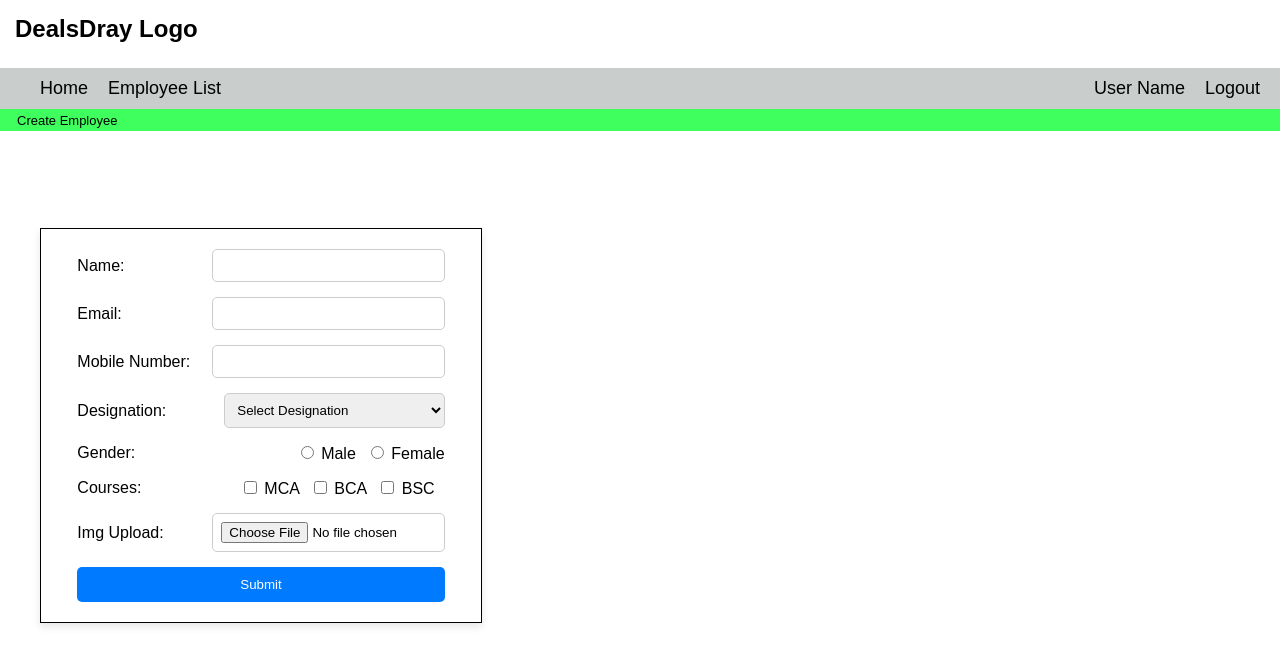
Repository: Mahanandapadavale123/dealsdray
Page: /employees/create (app in frontend/)
These files come from the project's save history. The page is drawn as it stood at one moment and after the next save; the edit follows.
The browser window is 1280 px wide. The pictures show the whole page.
The page's requests for data from a server got no answer. The project was rebuilt for these pictures with package versions that can differ from the ones it lists, and the page was loaded fresh each time. No one was signed in, and anything a server would have sent is missing. Also part of the build but not shown: frontend/src/css/login.module.css, frontend/src/views/login.jsx, frontend/src/css/employee.css, frontend/src/views/EmployeeList.jsx, frontend/src/views/dashboard.jsx.

Above is the page before, as saved 2024-09-19 21:02:49.

### frontend/src/App.js
import React, { useState, useEffect } from "react";
import { BrowserRouter as Router, Routes, Route, Navigate } from "react-router-dom";
import axios from "axios";
import Login from "./views/login";
import EmployeeList from "./views/EmployeeList";
import CreateEmployee from "./views/create.jsx";
import Dashboard from "./views/dashboard.jsx";


function App() {
  const [isLoggedIn, setIsLoggedIn] = useState(false);

  useEffect(() => {
    const checkAuthentication = async () => {
      try {
        const response = await axios.get("http://127.0.0.1:8000/api/v1/users/isAuthenticated", {
          withCredentials: true,  // Ensure cookies are sent with the request
        });
        if (response.data.isAuthenticated) {
          setIsLoggedIn(true);
        } else {
          setIsLoggedIn(false);
        }
      } catch (error) {
        console.log("Error checking authentication:", error);
        setIsLoggedIn(false);  // If error occurs, assume user is not logged in
      }
    };
    checkAuthentication();
  }, []);

  return (
    <Router>
      <Routes>
        <Route
          path="/dashboard"
          element={<Dashboard /> }
        />
         <Route path="/employees" element={<EmployeeList />} />
         <Route path="/employees/create" element={<CreateEmployee />} />

        {/* <Route
          path="/dashboard"
          element={isLoggedIn ? <Dashboard /> : <Navigate to="/login" />}
        />

        <Route path="/login" element={<Login setIsLoggedIn={setIsLoggedIn} />} />

        <Route path="/" element={<Navigate to={isLoggedIn ? "/dashboard" : "/login"} />} /> */}
      </Routes>
    </Router>
  );
}

export default App;

### frontend/src/views/create.jsx
import React, { useState } from "react";
import Header from "./layout/header";
import "../css/create.css";
import axios from "axios";
import { useNavigate } from "react-router-dom";

const CreateEmployee = () => {
  const navigate = useNavigate();

  const [formData, setFormData] = useState({
    name: "",
    email: "",
    mobile: "",
    designation: "",
    gender: "",
    courses: [],
    image: null
  });

  const [isLoading, setIsLoading] = useState(false);

  const designations = ["Manager", "Sales", "HR"];
  const courses = ["MCA", "BCA", "BSC"];

  const handleChange = (e) => {
    setFormData({ ...formData, [e.target.name]: e.target.value });
  };
  const handleGenderChange = (e) => {
    setFormData({ ...formData, gender: e.target.value });
  };

  const handleCourseChange = (e) => {
    const selectedCourse = e.target.value;
    const updatedCourses = formData.courses.includes(selectedCourse)
      ? formData.courses.filter((course) => course !== selectedCourse)
      : [...formData.courses, selectedCourse];
    setFormData({ ...formData, courses: updatedCourses });
  };

  const handleFileChange = (e) => {
    setFormData({ ...formData, image: e.target.files[0] });
  };


  const handleSubmit = async (e) => {
      e.preventDefault();
      setIsLoading(true);

      try {
        const formDataToSend = new FormData(); // Using FormData to handle file uploads

        // Append form fields to FormData
        formDataToSend.append('name', formData.name);
        formDataToSend.append('email', formData.email);
        formDataToSend.append('mobileNo', formData.mobile);
        formDataToSend.append('designation', formData.designation);
        formDataToSend.append('gender', formData.gender);

        formData.courses.forEach((course) => formDataToSend.append('courses[]', course));
        formDataToSend.append('image', formData.image);

        // Make the POST request using axios
        const response = await axios.post('http://127.0.0.1:8000/api/v1/employees', formDataToSend, {
          headers: {'Content-Type': 'multipart/form-data'}
        });

        // Handle success response
        if (response.status === true) {
            alert(response.data.message)
            navigate("/employees");
            console.log('Success:', response.data);
        }else{
          alert(response.data.message)
        }
      } catch (err) {
        console.log(err);

        let data = err.response.data;
        alert(data.message)
          console.log('Error:', err.response.data);
      } finally {
        setIsLoading(false); // End loading
      }
  };


  return (
    <div className="page-container">
      <Header />

      <div className="row breadcrump" >
          <span>Create Employee</span>
      </div>

      <main className="content">

        <div className="container">
          <div className="card form-div">

            <form onSubmit={handleSubmit} className="form" encType="multipart/form-data" >
              <div className="formGroup">
                <label className="label">Name:</label>
                <input
                  type="text"
                  name="name"
                  value={formData.name}
                  onChange={handleChange}

                  className="input"
                />
              </div>

              {/* Email */}
              <div className="formGroup">
                <label className="label">Email:</label>
                <input
                  type="email"
                  name="email"
                  value={formData.email}
                  onChange={handleChange}

                  className="input"
                />
              </div>

              {/* Mobile */}
              <div className="formGroup">
                <label className="label">Mobile Number:</label>
                <input
                  type="text"
                  name="mobile"
                  value={formData.mobile}
                  onChange={handleChange}

                  className="input"
                />
              </div>

              {/* Designation */}
              <div className="formGroup">
                <label className="label">Designation:</label>
                <select
                  name="designation"
                  value={formData.designation}
                  onChange={handleChange}

                  className="input"
                >
                  <option value="">Select Designation</option>
                    <option value="" disabled >Select Designation</option>
                    <option value="HR">HR</option>
                    <option value="Manager">Manager</option>
                    <option value="Sales">Sales</option>
                </select>
              </div>

              {/* Gender */}
              <div className="formGroup">
                <label className="label">Gender:</label>
                <div className="inlineGroup">
                  <label>
                    <input
                      type="radio"
                      name="gender"
                      value="Male"
                      onChange={handleGenderChange}

                    />{" "}
                    Male
                  </label>
                  <label style={{ marginLeft: "10px" }}>
                    <input
                      type="radio"
                      name="gender"
                      value="Female"
                      onChange={handleGenderChange}

                    />{" "}
                    Female
                  </label>
                </div>
              </div>

              {/* Courses */}
              <div className="formGroup">
                <label className="label">Courses:</label>
                <div className="inlineGroup">
                  {courses.map((course) => (
                    <label key={course} style={{ marginRight: "10px" }}>
                      <input
                        type="checkbox"
                        value={course}
                        onChange={handleCourseChange}
                      />{" "}
                      {course}
                    </label>
                  ))}
                </div>
              </div>

              {/* Image Upload */}
              <div className="formGroup">
                <label className="label">Img Upload:</label>
                <input
                  type="file"
                  name="image"
                  onChange={handleFileChange}
                  className="input"
                />
              </div>

              {/* Submit Button */}
              <button type="submit" className="button">
                 Submit
              </button>
            </form>

          </div>
        </div>
      </main>
    </div>
  );
};




export default CreateEmployee;

### frontend/src/views/layout/header.jsx
import React from "react";
import "../../css/navbar.css";

const Header = () => {
  return (
    <>
      <div className="row topbar">
        <div className="logo">DealsDray Logo</div>
      </div>

      <header className="header">
        <nav className="navbar">
          <ul className="nav-links">
            <li>
              <a href="/dashboard">Home</a>
            </li>
            <li>
              <a href="/employees">Employee List</a>
            </li>
          </ul>

          <ul className="nav-links">
            <li>
              <a href="/dashboard">User Name</a>
            </li>
            <li>
              <a href="/employee-list">Logout</a>
            </li>
          </ul>
        </nav>
      </header>
    </>
  );
};

export default Header;

### frontend/src/css/create.css
.form-div{
  display: flex;
  justify-content: center;
  align-items: center;
}
.card {
  border: 1px solid black; /* Black border */
  padding: 20px;
  background-color: white;
  width: 400px; /* Card width */
  box-shadow: 0 4px 8px rgba(0, 0, 0, 0.1);
  text-align: center;
}

.form {
  display: flex;
  flex-direction: column;
}

.formGroup {
  display: flex; /* Flexbox for inline layout */
  justify-content: space-between;
  align-items: center;
  margin-bottom: 15px;
}

.formGroup input,  .formGroup select, .formGroup .inlineGroup{
  text-align: left;
}

.label {
  margin-right: 10px;
  width: 35%;
  text-align: left;
}

.input {
  width: 60%;
  padding: 8px;
  border: 1px solid #ccc;
  border-radius: 5px;
}

.inlineGroup {
  display: flex;
  align-items: center;
}

.button {
  padding: 10px;
  background-color: #007bff;
  color: white;
  border: none;
  border-radius: 5px;
  cursor: pointer;
}
.breadcrump{
  background: #3fff5f;
  padding: 2px 17px;
}
.breadcrump span{
  font-size: 13px;;
}

### frontend/src/css/dashboard.css
/* dashboard.css */

body {
    font-family: Arial, sans-serif;
    margin: 0;
    padding: 0;
  }

  .container {
    width: 100%!important;
    max-width: 1200px;
    margin: auto;
    padding: 20px;
  }

  header {
   background-color: #9c9a9a;

  }
  .logo {
    text-align: left;
    font-size: 24px;
    font-weight: bold;
    margin-bottom: 10px;
  }

  h3 {
  display:inline-block;
    color: #333;
  }

  .dashboard-content {
    padding: 20px;
    background-color: #f9f9f9;
    border-radius: 8px;
    box-shadow: 0 2px 5px rgba(0, 0, 0, 0.1);
  }

  .page-container {
    height: 100vh; /* Set the height to 60% of the viewport height */
    display: flex;
    flex-direction: column;
  }

  .content {
    flex: 1;
    padding: 20px; /* Optional, for spacing */
    text-align: center;
    display: flex;
    align-items: center;
    justify-content: center;
  }

  h2 {
    margin: 0;
  }



  @media screen and (max-width: 768px) {
    table, th, td {
      font-size: 14px;
    }
  }

### frontend/src/css/navbar.css
.header {
  background-color: #c9cecc;
  padding: 10px 20px;
  display: flex;
  align-items: center;
  }

  .topbar{
    padding: 15px;
  }
  .navbar {
    display: flex;
    justify-content: space-between;
    width: 100%;
    align-items: center;
  }

  .logo {
    color: #000000;
    font-size: 24px;
    font-weight: bold;
  }

  .nav-links {
    list-style: none;
    display: flex;
    margin: 0;
    padding: 0;
  }

  .nav-links li {
    margin-left: 20px;
  }

  .nav-links li a {
    color: #000000;
    text-decoration: none;
    font-size: 18px;
    transition: color 0.3s;
  }

  .nav-links li a:hover {
    color: #f0a500;
  }

Loaded but not shown: frontend/public/index.html (common file); frontend/src/index.js (common file); frontend/src/reportWebVitals.js (common file)

After the next save:
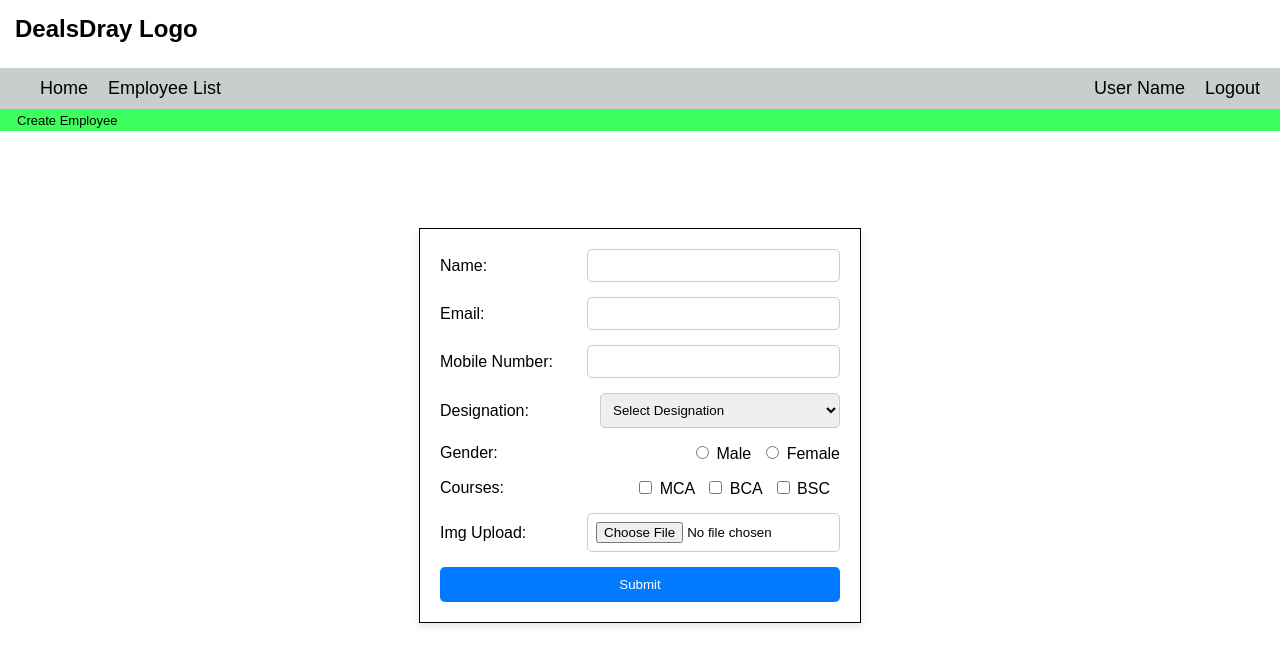
Saved 23 s later.
--- a/frontend/src/views/create.jsx
+++ b/frontend/src/views/create.jsx
@@ -94,8 +94,8 @@ const CreateEmployee = () => {
 
       <main className="content">
 
-        <div className="container">
-          <div className="card form-div">
+        <div className="container form-div">
+          <div className="card">
 
             <form onSubmit={handleSubmit} className="form" encType="multipart/form-data" >
               <div className="formGroup">
